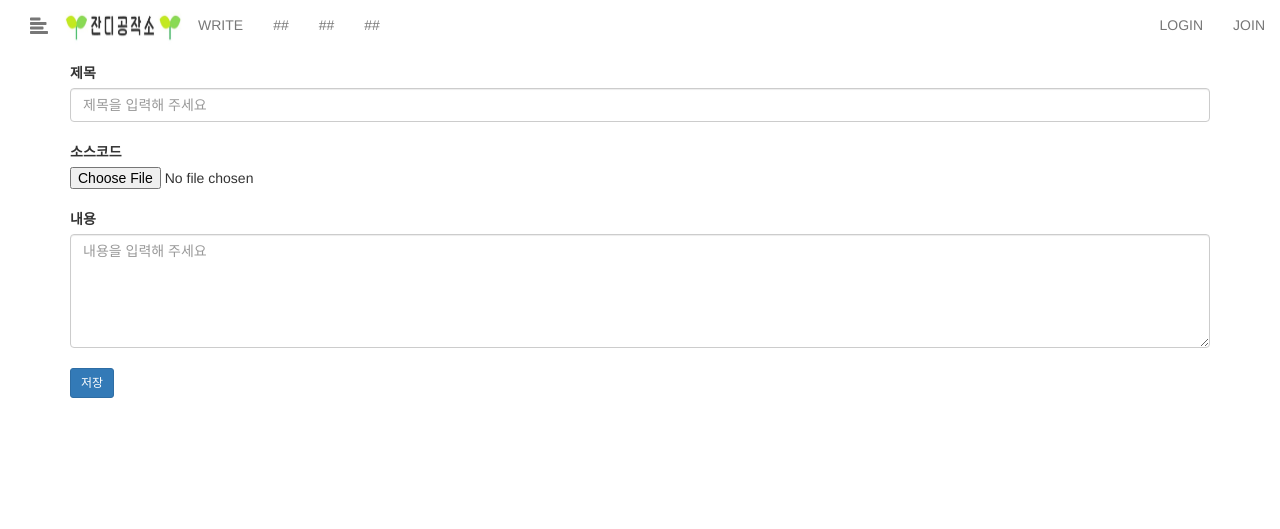
Repository: guddus326/Grass_Farm
Page: http://localhost/Grass_Farm/Write.jsp
An editor plug-in stored every save of this project. The page is shown before and after the next save, followed by the edit.
The browser window is 1280 px wide. The pictures show the whole page.
The page is served by Tomcat 9.

Above is the page before, as saved 2020-10-02 11:26:55.

After the next save:
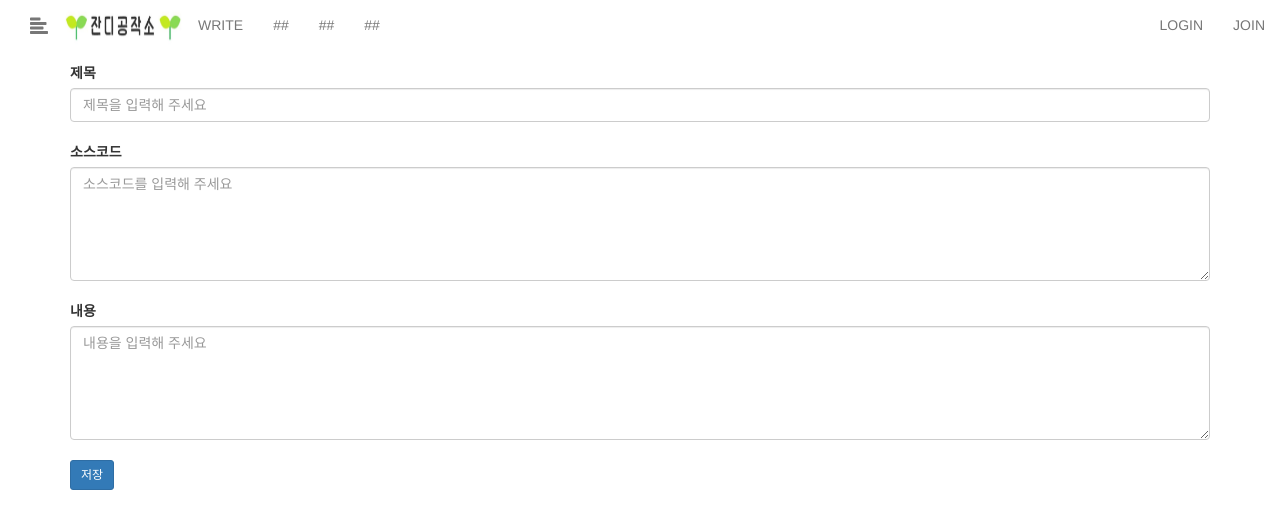
Saved 16 min 56 s later.
--- a/Grass_Farm/Grass_Farm/WebContent/Write.jsp
+++ b/Grass_Farm/Grass_Farm/WebContent/Write.jsp
@@ -79,9 +79,8 @@
 				</div>
 				<div class="mb-3">
 					<label for="content">소스코드</label>
-				    <input type="file" name="bbsSource"><br>
+				    <textarea class="form-control" rows="5" name="bbsContent" placeholder="소스코드를 입력해 주세요" ></textarea><br>
 				</div>
-
 				<div class="mb-3">
 					<label for="content">내용</label>
 					<textarea class="form-control" rows="5" name="bbsContent" placeholder="내용을 입력해 주세요" ></textarea><br>
